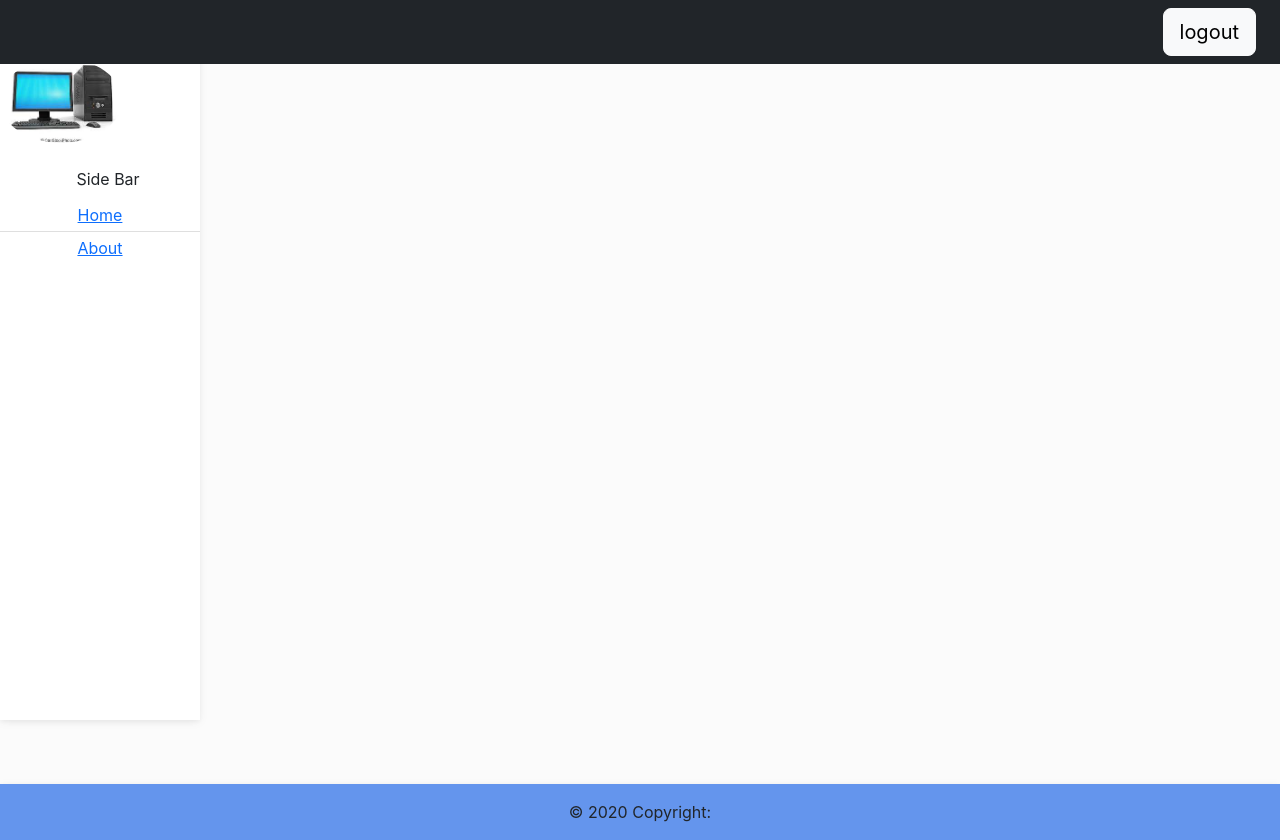
Repository: Sakshamccna/React
Page: /
The author's editor kept a copy of each file at every save. The page is drawn from the files as they stood at one save, then again after the next save.
The browser window is 1280 px wide. The pictures show the whole page.
The project was rebuilt for these pictures with package versions that can differ from the ones it lists, and the page was loaded fresh each time. Also part of the build but not shown: src/Components/Home.tsx, src/Components/About.tsx.

Above is the page before, as saved 2022-12-26 12:18:41.

### public/index.html
<!DOCTYPE html>
<html lang="en">

<head>
  <meta charset="utf-8" />
  <link rel="icon" href="%PUBLIC_URL%/favicon.ico" />
  <meta name="viewport" content="width=device-width, initial-scale=1" />
  <meta name="theme-color" content="#000000" />
  <meta name="description" content="Web site created using create-react-app" />
  <link rel="apple-touch-icon" href="%PUBLIC_URL%/logo192.png" />
  <!--
      manifest.json provides metadata used when your web app is installed on a
      user's mobile device or desktop. See https://developers.google.com/web/fundamentals/web-app-manifest/
    -->
  <link rel="manifest" href="%PUBLIC_URL%/manifest.json" />
  <link href="https://cdn.jsdelivr.net/npm/bootstrap@5.2.3/dist/css/bootstrap.min.css" rel="stylesheet"
    integrity="sha384-rbsA2VBKQhggwzxH7pPCaAqO46MgnOM80zW1RWuH61DGLwZJEdK2Kadq2F9CUG65" crossorigin="anonymous">
  <!--
      Notice the use of %PUBLIC_URL% in the tags above.
      It will be replaced with the URL of the `public` folder during the build.
      Only files inside the `public` folder can be referenced from the HTML.

      Unlike "/favicon.ico" or "favicon.ico", "%PUBLIC_URL%/favicon.ico" will
      work correctly both with client-side routing and a non-root public URL.
      Learn how to configure a non-root public URL by running `npm run build`.
    -->
  <title>React App</title>
</head>

<body>
  <noscript>You need to enable JavaScript to run this app.</noscript>
  <div id="root"></div>
  <!--
      This HTML file is a template.
      If you open it directly in the browser, you will see an empty page.

      You can add webfonts, meta tags, or analytics to this file.
      The build step will place the bundled scripts into the <body> tag.

      To begin the development, run `npm start` or `yarn start`.
      To create a production bundle, use `npm run build` or `yarn build`.
    -->
</body>
<script src="https://cdn.jsdelivr.net/npm/bootstrap@5.2.3/dist/js/bootstrap.bundle.min.js"
  integrity="sha384-kenU1KFdBIe4zVF0s0G1M5b4hcpxyD9F7jL+jjXkk+Q2h455rYXK/7HAuoJl+0I4" crossorigin="anonymous"></script>

</html>

### src/App.tsx
import React from 'react';
import logo from './logo.svg';
import './App.css';
import { BrowserRouter, Routes, Route } from 'react-router-dom';
import Headers from './Components/Headers';

import Footers from './Components/Footers';
import Sidebar from './Components/Sidebar';
import Home from './Components/Home';
import About from './Components/About';

function App() {
  return (
    <div className="App">
      <BrowserRouter>

        <Routes>
          <Route path="/" element={<Sidebar />} >
            <Route path="/" element={<Headers />} >
              <Route path="Home" element={<Home />} />
              <Route path="About" element={<About />} />
            </Route>
          </Route>






        </Routes>

      </BrowserRouter>
      <Footers />



    </div >
  );
}

export default App;

### src/Components/Headers.tsx
import React from 'react'
import { Outlet } from 'react-router-dom'
import "./Header.css"

function Headers() {
    return (
        <>
            <nav className="navbar sticky-top navbar-lig bg-dark topnav-right">

                <div className="">
                    <div className="d-flex justify-content-center mx-4 ">
                        <button type="button" className="btn btn-light btn-lg">logout</button>
                    </div>

                </div>
            </nav>
            <Outlet />

        </>
    )
}

export default Headers

### src/Components/Footers.tsx
import React from 'react'
import "./footer.css"

function Footers() {
    return (
        <footer className="footer">


            <div className="footer-copyright text-center py-3">© 2020 Copyright:

            </div>



        </footer>
    )
}

export default Footers

### src/Components/Sidebar.tsx
import React from 'react'
import { Link, Outlet, useNavigate } from "react-router-dom";
import "./sidebar.css"

function Sidebar() {
    return (
        <>
            <nav id="sidebarMenu" className=" d-lg-block navbar-expand-lg navbar-light sidebar bg-white">


                <p
                    className="nav-link d-flex align-items-center center">
                    <img


                        src="hello.jpg"
                        className="rounded-circle"
                        height="85"
                        alt="Avatar"
                        loading="lazy"
                    />
                </p>

                <a
                    className="list-group-item list-group-item-action py-2 ripple"
                    aria-current="true"
                    data-mdb-toggle="collapse"
                    href="#collapseExample1"
                    aria-expanded="true"
                    aria-controls="collapseExample1"
                >
                    <i className="fas fa-tachometer-alt fa-fw me-3"></i><span>Side Bar</span>
                </a>

                <ul id="collapseExample1" className="collapse show list-group list-group-flush">
                    <li className="list-group-item py-1">
                        < Link to="Home" > Home</Link >
                    </li>
                    <li className="list-group-item py-1">
                        < Link to="About" > About</Link >
                    </li>

                </ul>
            </nav>
            <Outlet />

        </>
    )
}

export default Sidebar

### src/Components/Header.css
.topnav-right {
    display: flex;
    justify-content: flex-end;
}

### src/Components/footer.css
.footer {
    margin-top: 100vh;
    box-shadow: 0 2px 5px 0 rgb(0 0 0 / 5%), 0 2px 10px 0 rgb(0 0 0 / 5%);
    background-color: #6495ED;
}

### src/Components/sidebar.css
body {
    background-color: #fbfbfb;
}




.sidebar {
    position: fixed;
    top: 0;
    bottom: 0;
    left: 0;
    padding: 58px 0 0;

    box-shadow: 0 2px 5px 0 rgb(0 0 0 / 5%), 0 2px 10px 0 rgb(0 0 0 / 5%);
    width: 200px;
    z-index: 600;
}

Loaded but not shown: src/index.tsx (common file); src/index.css (common file); src/reportWebVitals.ts (common file); src/App.css (common file)

After the next save:
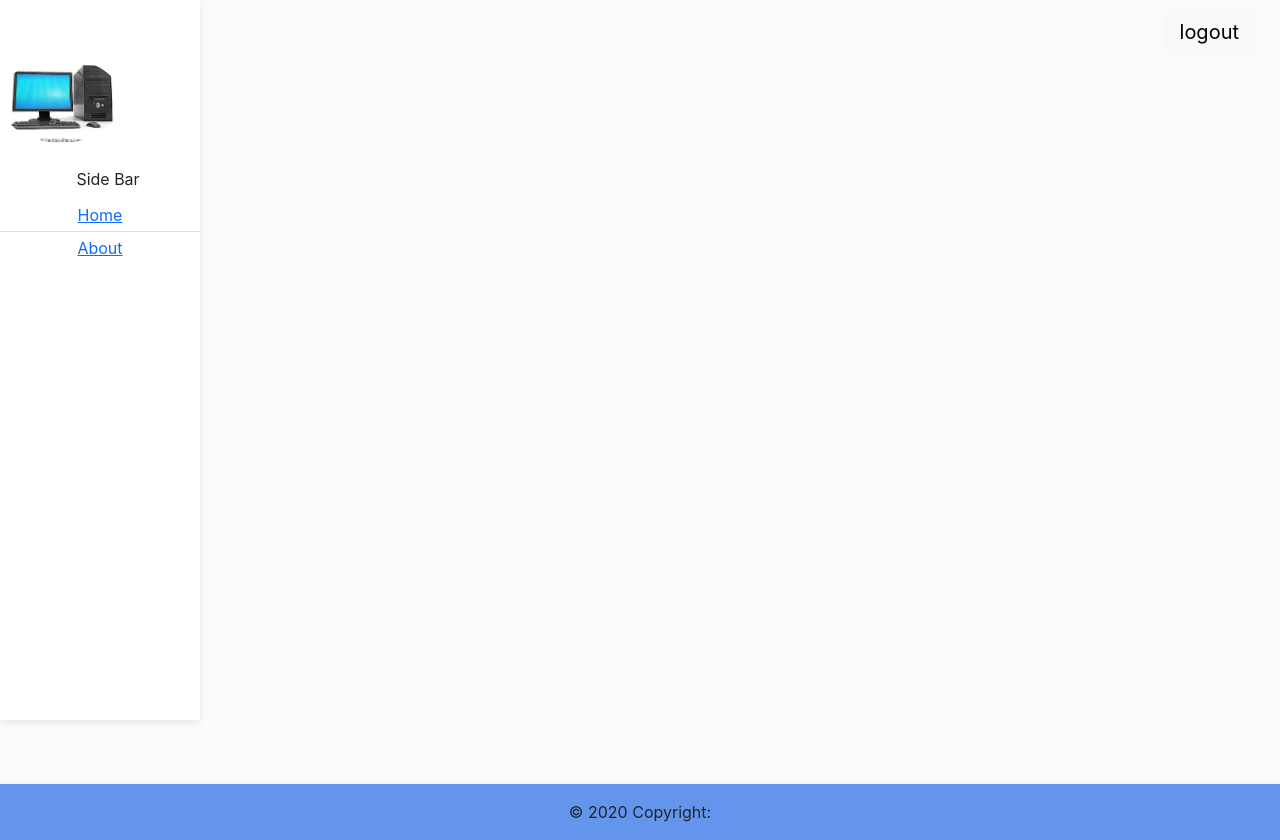
Saved 3 min 41 s later.
--- a/src/Components/Headers.tsx
+++ b/src/Components/Headers.tsx
@@ -5,7 +5,7 @@ import "./Header.css"
 function Headers() {
     return (
         <>
-            <nav className="navbar sticky-top navbar-lig bg-dark topnav-right">
+            <nav className="navbar sticky-top navbar-lig topnav-right">
 
                 <div className="">
                     <div className="d-flex justify-content-center mx-4 ">
